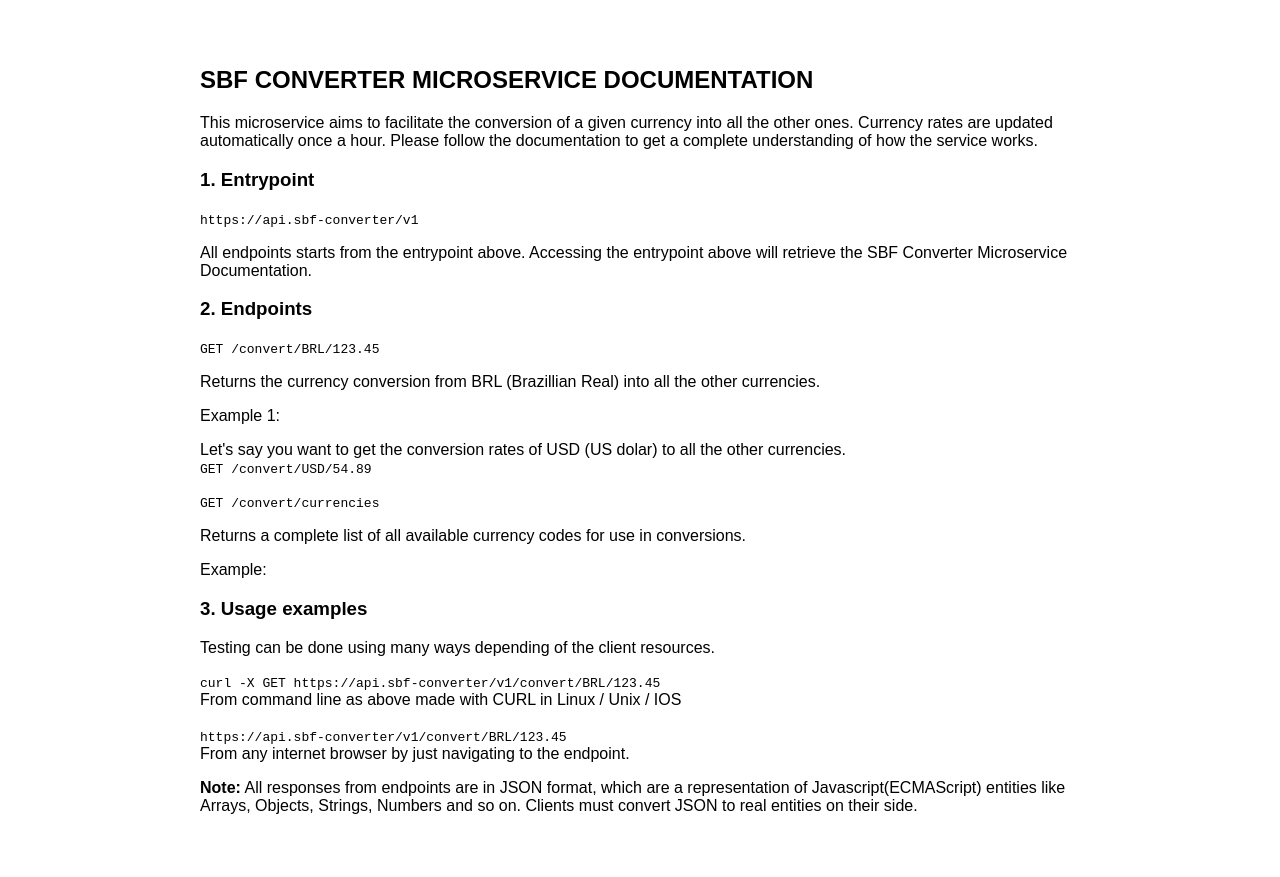
Repository: miguelamello/nestjs-restful-api
Page: documentation.html
An editor plug-in stored every save of this project. The page is shown before and after a run of saves, followed by the edit.
The browser window is 1280 px wide. The pictures show the whole page.

Above is the page before, as saved 2023-03-21 22:34:14.

After the next 2 saves:
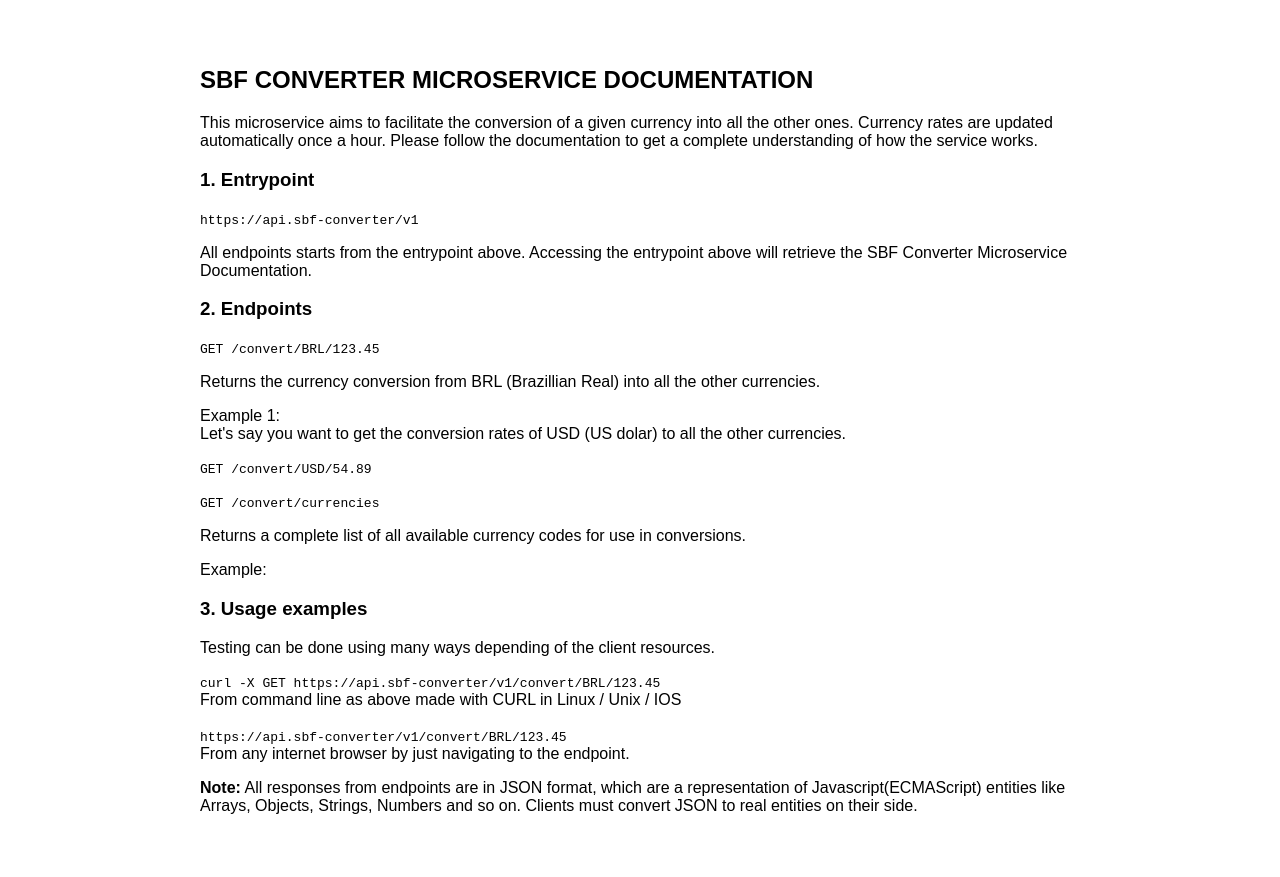
The 2 saves are shown as one change because they came seconds apart.
The last was saved 7 s later.
--- a/documentation.html
+++ b/documentation.html
@@ -34,9 +34,9 @@
 
     <p>
       <div>Example 1:</div>
-      <div></div>
+      <div>Let's say you want to get the conversion rates of USD (US dolar) to all the other currencies.</div>
     </p>
-    <div>Let's say you want to get the conversion rates of USD (US dolar) to all the other currencies.</div>
+
     <code>GET /convert/USD/54.89</code>
   </p>
 
